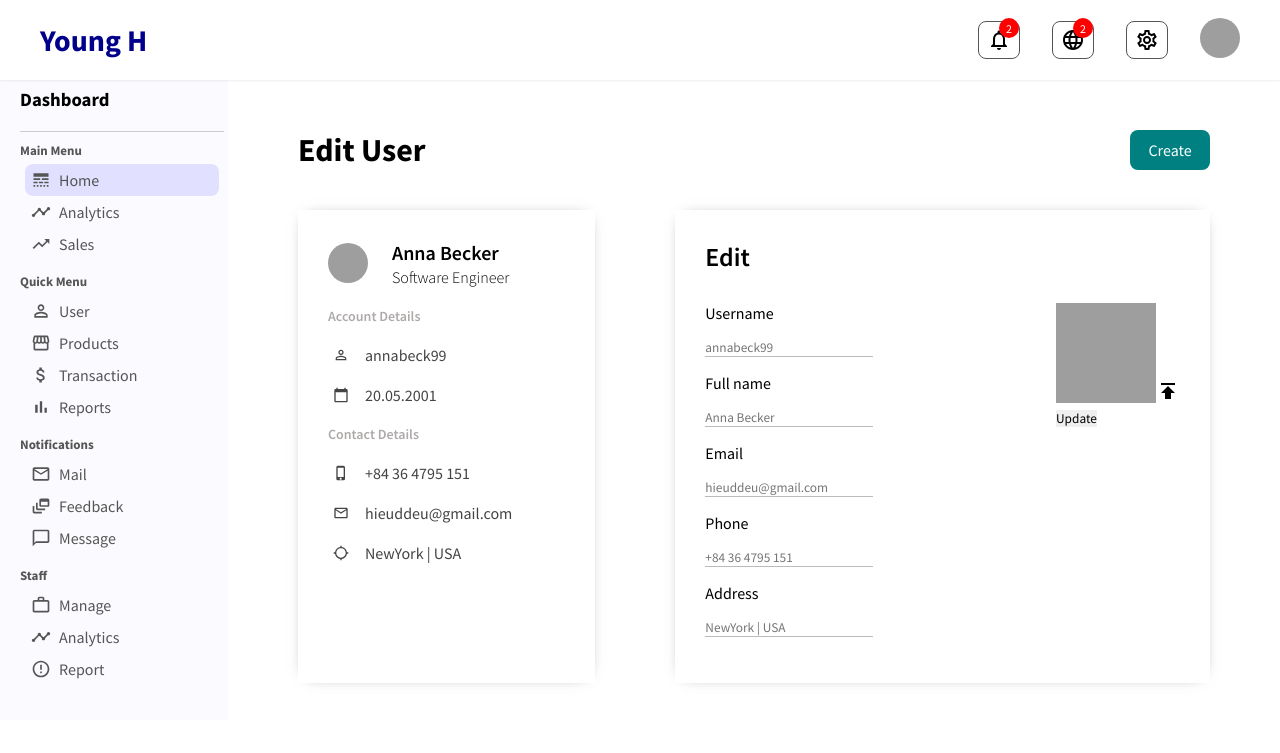
Repository: noname20011/admin
Page: /user/1
An editor plug-in stored every save of this project. The page is shown before and after the next save, followed by the edit.
The browser window is 1280 px wide. The pictures show the whole page.
Pictures or frames that could not be fetched are drawn as grey boxes. The project was rebuilt for these pictures with package versions that can differ from the ones it lists, and the page was loaded fresh each time. Also part of the build but not shown: src/pages/home/home.css, src/comopnents/featureInfo/feature.css, src/comopnents/featureInfo/Feature.jsx, src/comopnents/chart/chart.css, src/comopnents/chart/Chart.jsx, src/comopnents/widgetSm/widgetSm.css, src/comopnents/widgetSm/WidgetSm.jsx, src/comopnents/widgetLg/widgetLg.css and 5 more.

Above is the page before, as saved 2021-11-14 14:41:32.

### public/index.html
<!DOCTYPE html>
<html lang="en">
  <head>
    <meta charset="utf-8" />
    <meta name="viewport" content="width=device-width, initial-scale=1" />
    <meta name="theme-color" content="#000000" />
    <meta
      name="description"
      content="Web site created using create-react-app"
    />
    <!-- GOOGLE FONTS -->
    <link href="https://fonts.googleapis.com/css2?family=Source+Sans+Pro:wght@200;300;400;600;700;900&display=swap" rel="stylesheet">
    <style>
      * {
        font-family: 'Source Sans Pro', sans-serif;
        padding: 0;
        margin: 0;
      }
    </style>
    <title>React Admin App</title>
  </head>
  <body>
    <div id="root"></div>
  </body>
</html>

### src/App.js
import Topbar from "./comopnents/topbar/Topbar";
import Sidebar from "./comopnents/sidebar/Sidebar";
import Home from "./pages/home/Home.jsx"
import UserList from "./pages/userList/UserList";
import User from "./pages/user/User";
import './app.css'

import {BrowserRouter as Router, Routes , Route} from "react-router-dom"
function App() {
  return (
    <div>
      <Router>
        <Topbar/>
        <div className="container">
          <Sidebar/>
          <Routes >
            <Route path="/" exact element={<Home/>}/>
            <Route path="/users" exact element={<UserList/>}/>
            <Route path="/user/:userId" exact element={<User/>}/>
          </Routes>
        </div>
      </Router>
    </div>
  );
}

export default App;

### src/comopnents/topbar/Topbar.jsx
import React from 'react'
import './topbar.css'

import { Language, NotificationsNone, SettingsOutlined  } from '@material-ui/icons'

export default function Topbar() {
    return (
        <div className="topbar">
            <div className="topbarWrapper">
                <div className="topLeft">
                    <div className="logo">Young H</div>
                </div>
                <div className="topRight">
                    <div className="topbarIconContainer">
                        <NotificationsNone/>
                        <div className="topIconsBadge">2</div>
                    </div>
                    <div className="topbarIconContainer">
                        <Language/>
                        <div className="topIconsBadge">2</div>
                    </div>
                    <div className="topbarIconContainer">
                        <SettingsOutlined/>
                    </div>
                    <div>
                        <img src="https://images.pexels.com/photos/1526814/pexels-photo-1526814.jpeg?auto=compress&cs=tinysrgb&dpr=2&w=500" alt="admin" className="topAvatar"/>
                    </div>
                </div>
            </div>
        </div>
    )
}

### src/comopnents/sidebar/Sidebar.jsx
import { AttachMoney, BarChart, ChatBubbleOutline, DynamicFeed, ErrorOutline, LineStyle, MailOutlined, PersonOutline, Storefront, Timeline, TrendingUp,  WorkOutlineOutlined } from '@material-ui/icons'
import React from 'react'
import "./sidebar.css"
export default function Sidebar() {
    return (
        <div className="sidebar">
            <div className="sidebarWrapper">
                <h3 className="sidebarTitle">Dashboard</h3>
                <div className="sidebarMenu">
                    <h4 className="sidebarMenuTitle">Main Menu</h4>
                    <ul className="sidebarLists">
                        <li className="sidebarListItem active">
                            <LineStyle className="sidebarIcon"/>
                            Home
                        </li>
                        <li className="sidebarListItem">
                            <Timeline className="sidebarIcon"/>
                            Analytics
                        </li>
                        <li className="sidebarListItem">
                            <TrendingUp className="sidebarIcon"/>
                            Sales
                        </li>
                    </ul>
                </div>
                <div className="sidebarMenu">
                    <h4 className="sidebarMenuTitle">Quick Menu</h4>
                    <ul className="sidebarLists">
                        <li className="sidebarListItem">
                            <PersonOutline className="sidebarIcon"/>
                            User
                        </li>
                        <li className="sidebarListItem">
                            <Storefront className="sidebarIcon"/>
                            Products
                        </li>
                        <li className="sidebarListItem">
                            <AttachMoney className="sidebarIcon"/>
                            Transaction
                        </li>
                        <li className="sidebarListItem">
                            <BarChart className="sidebarIcon"/>
                            Reports
                        </li>
                    </ul>
                </div>
                <div className="sidebarMenu">
                    <h4 className="sidebarMenuTitle">Notifications</h4>
                    <ul className="sidebarLists">
                        <li className="sidebarListItem">
                            <MailOutlined className="sidebarIcon"/>
                            Mail
                        </li>
                        <li className="sidebarListItem">
                            <DynamicFeed className="sidebarIcon"/>
                            Feedback
                        </li>
                        <li className="sidebarListItem">
                            <ChatBubbleOutline className="sidebarIcon"/>
                            Message
                        </li>
                    </ul>
                </div>
                <div className="sidebarMenu">
                    <h4 className="sidebarMenuTitle">Staff</h4>
                    <ul className="sidebarLists">
                        <li className="sidebarListItem">
                            <WorkOutlineOutlined className="sidebarIcon"/>
                            Manage
                        </li>
                        <li className="sidebarListItem">
                            <Timeline className="sidebarIcon"/>
                            Analytics
                        </li>
                        <li className="sidebarListItem">
                            <ErrorOutline className="sidebarIcon"/>
                            Report
                        </li>
                    </ul>
                </div>
            </div>
        </div>
    )
}

### src/pages/user/User.jsx
import { CalendarToday, LocationSearching, MailOutline, PersonOutline, PhoneIphone, Publish } from "@material-ui/icons"
import "./user.css"

export default function User() {
    return (
        <div className="user">
            <div className="userTitleContainer">
                <h1 className="useTitle">Edit User</h1>
                <button className="userAddBtn">
                    Create
                </button>
            </div>
            <div className="userContainer">
                <div className="userShow">
                    <div className="userShowTop">
                        <img src="https://images.pexels.com/photos/1152994/pexels-photo-1152994.jpeg?auto=compress&cs=tinysrgb&dpr=2&w=500" alt="" className="userShowImg" />
                        <div className="userShowTopInfo">
                            <span className="userShowName">Anna Becker</span>
                            <span className="userShowJob">Software Engineer</span>
                        </div>
                    </div>
                    <div className="userShowBottom">
                        <span className="userShowTitle">Account Details</span>
                        <div className="userShowBottomInfo">
                            <PersonOutline className="userShowIcon"/>
                            <span className="userShowInfo">annabeck99</span>
                        </div>
                        <div className="userShowBottomInfo">
                            <CalendarToday className="userShowIcon"/>
                            <span className="userShowInfo">20.05.2001</span>
                        </div>
                        <span className="userShowTitle">Contact Details</span>
                        <div className="userShowBottomInfo">
                            <PhoneIphone className="userShowIcon"/>
                            <span className="userShowInfo">+84 36 4795 151</span>
                        </div>
                        <div className="userShowBottomInfo">
                            <MailOutline className="userShowIcon"/>
                            <span className="userShowInfo">hieuddeu@gmail.com</span>
                        </div>
                        <div className="userShowBottomInfo">
                            <LocationSearching className="userShowIcon"/>
                            <span className="userShowInfo">NewYork | USA</span>
                        </div>
                    </div>
                </div>
                <div className="userUpdate">
                    <span className="userUpdateTitle">Edit</span>
                    <form action="" className="UserUpdateForm">
                        <div className="userUpdateLeft">
                            <div className="userUpdateItem">
                                <label>Username</label>
                                <input type="text"
                                placeholder="annabeck99" className="userUpdateInput" />
                            </div>
                            <div className="userUpdateItem">
                                <label>Full name</label>
                                <input type="text"
                                placeholder="Anna Becker" className="userUpdateInput" />
                            </div>
                            <div className="userUpdateItem">
                                <label>Email</label>
                                <input type="email"
                                placeholder="hieuddeu@gmail.com" className="userUpdateInput" />
                            </div>
                            <div className="userUpdateItem">
                                <label>Phone</label>
                                <input type="text"
                                placeholder="+84 36 4795 151" className="userUpdateInput" />
                            </div>
                            <div className="userUpdateItem">
                                <label>Address</label>
                                <input type="text"
                                placeholder="NewYork | USA" className="userUpdateInput" />
                            </div>
                        </div>
                        <div className="userFormRight">
                            <div className="userUpdateUpload">
                                <img src="https://images.pexels.com/photos/1152994/pexels-photo-1152994.jpeg?auto=compress&cs=tinysrgb&dpr=2&w=500" alt="" className="userFormImg" />
                                <label htmlFor="file">
                                    <Publish className="userUpdateIcon"/>
                                </label>
                            </div>
                            <button className="userUpdateButton">Update</button>
                        </div>
                    </form>
                </div>
            </div>
        </div>
    )
}

### src/app.css
ul, li {
    list-style: none;
}

a {
    text-decoration: none;
}

.container {
    display: flex;
}

.other {
    flex: 4;
}

button, input {
    border: none;
    outline: none;
}

### src/comopnents/topbar/topbar.css
.topbar {
    width: 100%;
    height: 80px;
    background: #fff;
    box-shadow: 0 .5px 2px rgba(0, 0, 0, 0.07);

    position: sticky;
    top: 0;
    z-index: 1000;
}

.topbarWrapper {
    height: 100%;
    padding: 0 40px;
    display: flex;
    justify-content: space-between;
    align-items: center;
}

.logo {
    font-weight: bold;
    font-size: 30px;
    color: darkblue;
    cursor: pointer;
}

.topRight {
    display: flex;
    align-items: center;
    column-gap: 2rem;
}
.topbarIconContainer {
    position: relative;
    cursor: pointer;
    width: 40px;
    height: 36px;
    border: 1px solid #555;
    border-radius: .5rem;
    display: flex;
    align-items: center;
    justify-content: center;
}

.topbarIconContainer:hover {
    background-color: rgb(248, 246, 246);
}

.topIconsBadge {
    font-size: 12px;
    position: absolute;
    top: -4px;
    right: 0px;

    width: 20px;
    height: 20px;
    background-color: red;
    color: #fff;
    border-radius: 50%;

    display: flex;
    place-content: center;
    place-items: center;
}

.topAvatar {
    width: 40px;
    height: 40px;
    object-fit: cover;
    border-radius: 50%;
    cursor: pointer;
}

### src/comopnents/sidebar/sidebar.css
.sidebar {
    flex: 1;
    background-color: rgb(251, 251, 255);
    position: sticky;
    top: 80px;
    height: calc(100vh - 80px);
}

.sidebarWrapper {
    padding: 8px 4px 0 20px;
}

.sidebarTitle {
    padding-bottom: 20px;
    margin-bottom: 10px;
    border-bottom: 1px solid #ccc;
}

.sidebarMenu {
    margin-bottom: 8px;
}

.sidebarMenuTitle {
    color: #555;
    font-size: 13px;
}

.sidebarLists {
    padding: 5px;
}

.sidebarListItem {
    display: flex;
    align-items: center;
    column-gap: .5rem;

    padding: 6px;
    color: #555;
    cursor: pointer;
    border-radius: .5rem;
}

.sidebarListItem.active,
.sidebarListItem:hover {
    background-color: rgb(225, 225, 255);
}

.sidebarIcon {
    font-size: 20px!important;
}

### src/pages/user/user.css
.user {
    flex: 4;
    margin: 20px 40px;
    padding: 30px;
}

.userTitleContainer {
    display: flex;
    justify-content: space-between;
    margin-bottom: 20px;
}

.userAddBtn {
    width: 80px;
    border-radius: .5rem;
    background-color: teal;
    padding: 5px;

    color: #fff;
    font-size: 16px;
    cursor: pointer;

}
.userContainer {
    display: flex;
    justify-content: space-between;
    column-gap: 5rem;
}
.userShow {
    flex: 1;
    margin: 20px 0;
    padding: 30px;
    -webkit-box-shadow: 0px 0px 15px -10px rgba(0, 0, 0, 0.75);
    box-shadow: 0px 0px 15px -10px rgba(0, 0, 0, 0.75);
}

.userShowTop {
    display: flex;
    column-gap: 1.5rem;
    align-items: center;
}

.userShowTopInfo {
    display: flex;
    flex-direction: column;
    row-gap: .1rem;
}

.userShowName {
    font-size: 20px;
    font-weight: 600;
}

.userShowJob {
    font-size: 16px;
    font-weight: 300;
}

.userShowImg {
    width: 40px;
    height: 40px;
    border-radius: 50%;
    object-fit: cover;
}

.userShowTitle {
    font-size: 14px;
    font-weight: 600;
    color: rgb(175, 170, 170);
    display: block;
    margin-top: 20px;
}

.userShowBottomInfo {
    display: flex;
    align-items: center;
    column-gap: 1rem;

    margin: 20px 0 20px 5px;
    color: #444;
}

.userShowIcon {
    font-size: 16px !important;
}
.userUpdate {
    flex: 2;
    margin: 20px 0;
    padding: 30px;
    -webkit-box-shadow: 0px 0px 15px -10px rgba(0, 0, 0, 0.75);
    box-shadow: 0px 0px 15px -10px rgba(0, 0, 0, 0.75);
}

.userUpdateTitle {
    font-size: 26px;
    font-weight: 600;
}

.UserUpdateForm {
    margin-top: 30px;
    display: flex;
    justify-content: space-between;
}

.userUpdateItem {
    display: flex;
    flex-direction: column;
    row-gap: 1rem;
    margin-bottom: 16px;
}

.userUpdateInput {
    width: 100%;
    border-bottom: 1px solid #bbb;
}
.userFormImg {
    width: 100px;
    height: 100px;
    object-fit: cover;
}

Loaded but not shown: src/index.js (common file)

After the next save:
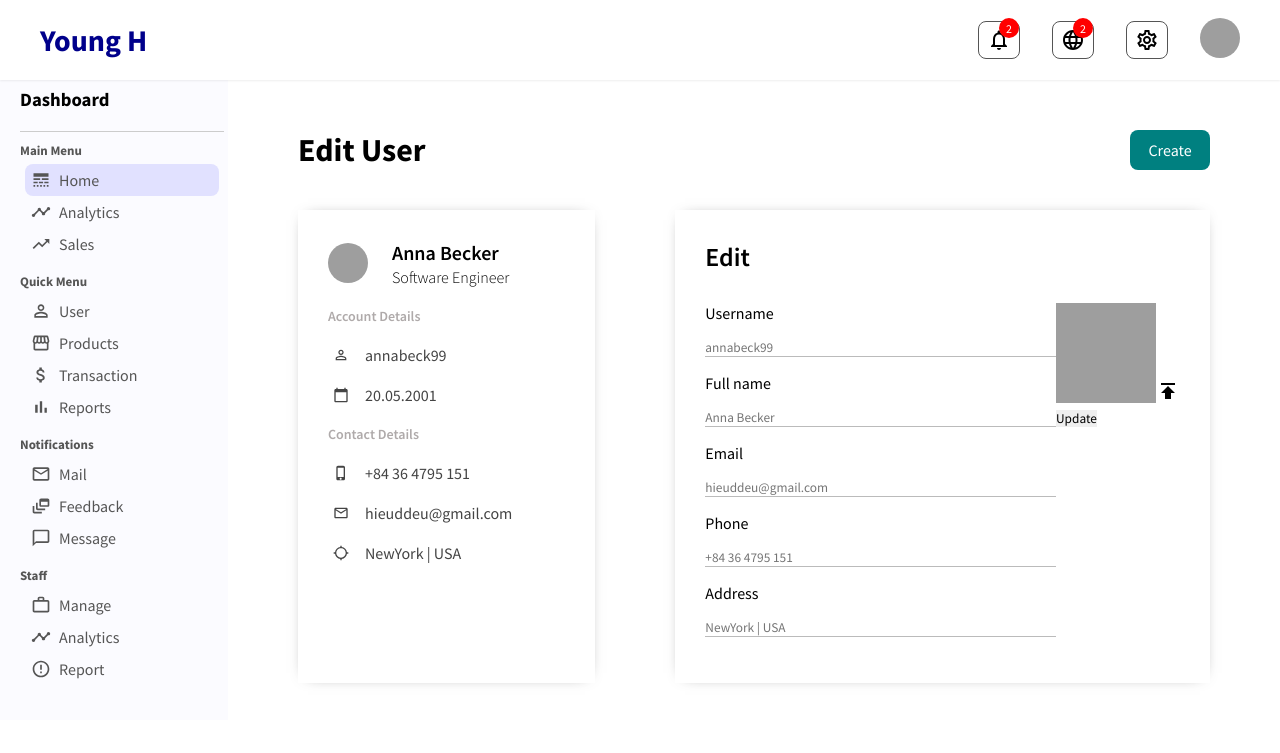
Saved 70 s later.
--- a/src/pages/user/user.css
+++ b/src/pages/user/user.css
@@ -102,6 +102,9 @@
     justify-content: space-between;
 }
 
+.userUpdateLeft {
+    flex: 2;
+}
 .userUpdateItem {
     display: flex;
     flex-direction: column;

After the save that followed:
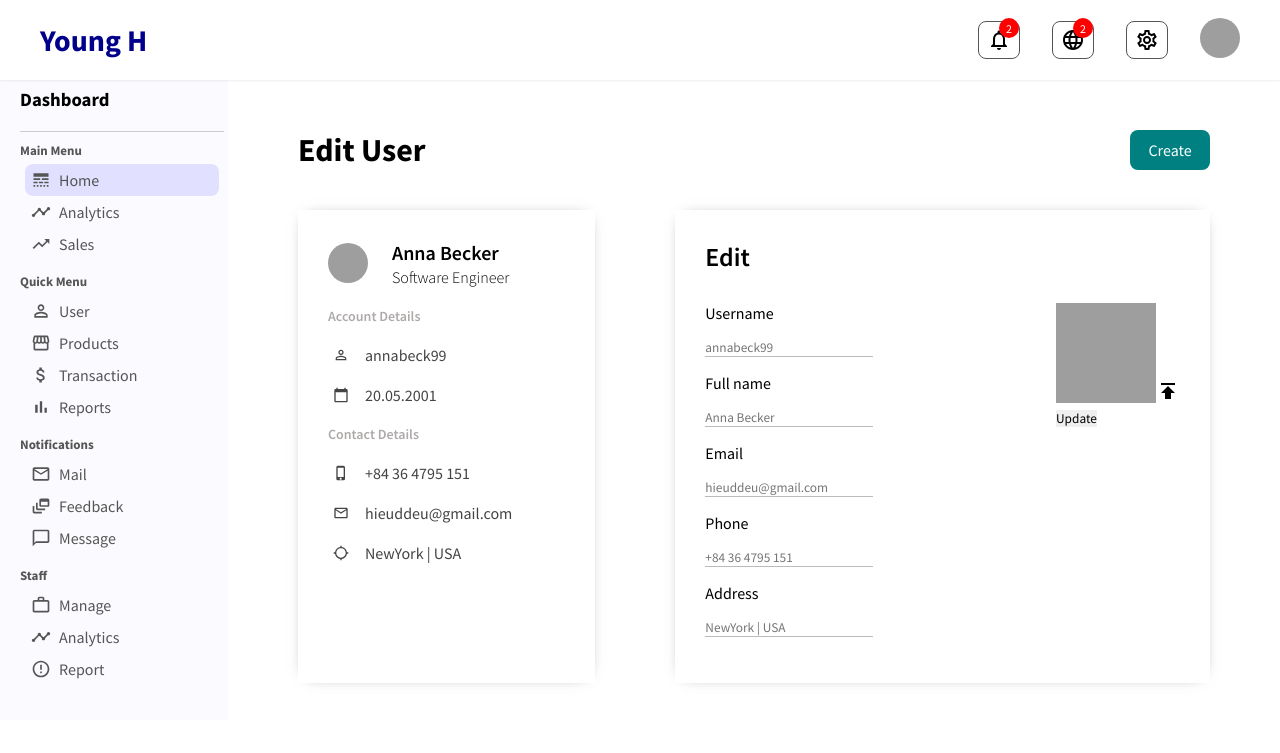
Saved 20 s later.
--- a/src/pages/user/user.css
+++ b/src/pages/user/user.css
@@ -102,9 +102,6 @@
     justify-content: space-between;
 }
 
-.userUpdateLeft {
-    flex: 2;
-}
 .userUpdateItem {
     display: flex;
     flex-direction: column;
